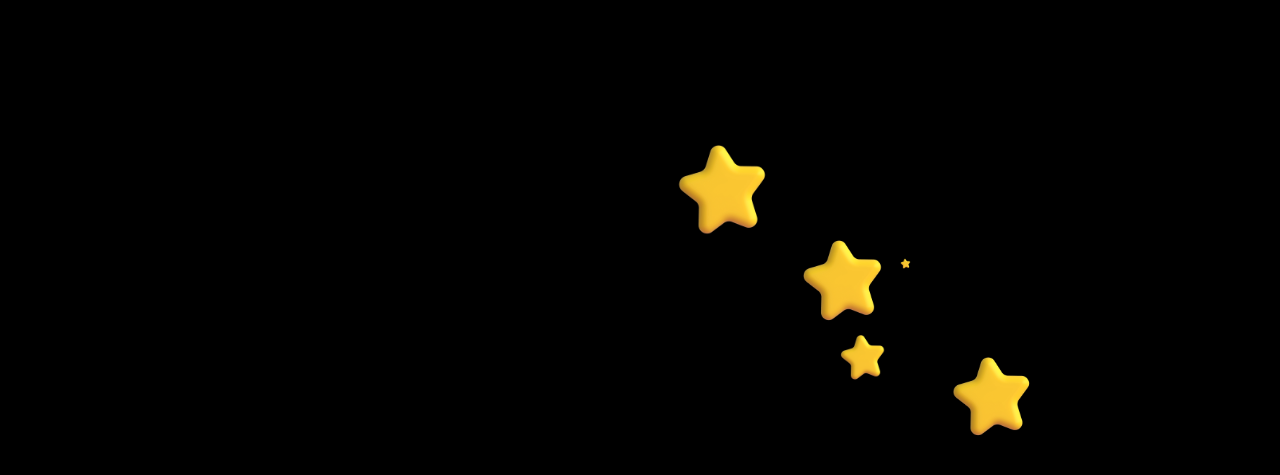
Repository: heartbreathing/Star-game
Page: index.html
These files come from the project's save history. The page is drawn as it stood at one moment and after the next save; the edit follows.
The browser window is 1280 px wide. The pictures show the whole page.

Above is the page before, as saved 2022-10-29 12:34:25.

### index.html
<!DOCTYPE html>
<html lang="en">
  <head>
    <meta charset="UTF-8" />
    <meta http-equiv="X-UA-Compatible" content="IE=edge" />
    <meta name="viewport" content="width=device-width, initial-scale=1.0" />
    <title>Document</title>
    <style>
      body {
        background-color: black;
      }
    </style>
  </head>
  <body>
    <script>
      function star() {
        let timer = setInterval(function () {
          var obj = document.createElement('img');
          var wid = Math.floor(Math.random() * 100 + 10);
          obj.width = wid;
          var x = Math.floor(Math.random() * 1000 + 100);
          var y = Math.floor(Math.random() * 300 + 80);
          obj.style.position = 'absolute';
          obj.style.top = y + 'px';
          obj.style.left = x + 'px';
          obj.src = './image/star.png';
          document.body.appendChild(obj);
          obj.addEventListener('click', function () {
            // this.parentNode.removeChild(this);
            this.remove(this);
          });
        }, 1000);
      }
      star();
    </script>
  </body>
</html>

After the next save:
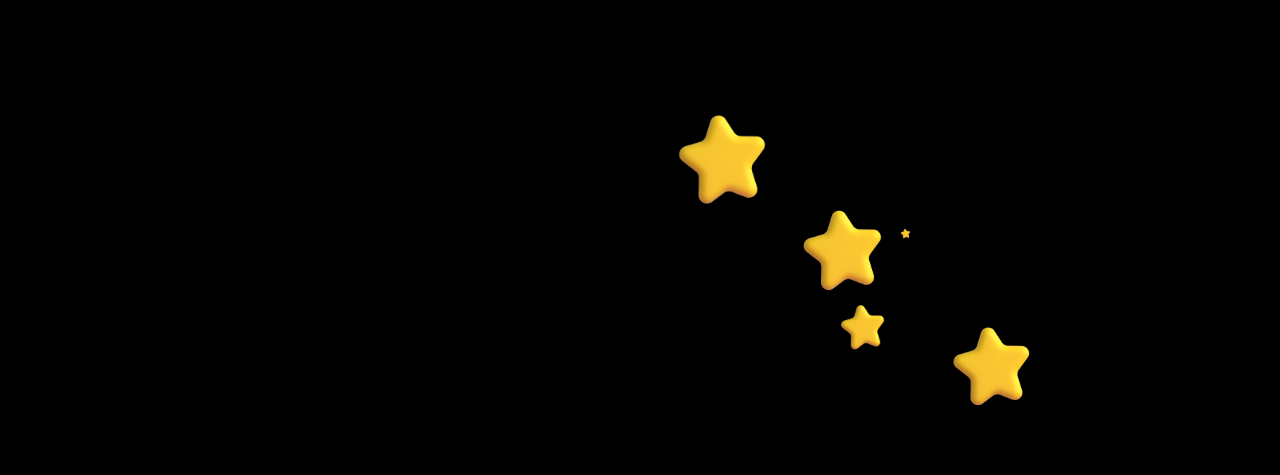
Saved 25 s later.
--- a/index.html
+++ b/index.html
@@ -19,7 +19,7 @@
           var wid = Math.floor(Math.random() * 100 + 10);
           obj.width = wid;
           var x = Math.floor(Math.random() * 1000 + 100);
-          var y = Math.floor(Math.random() * 300 + 80);
+          var y = Math.floor(Math.random() * 300 + 50);
           obj.style.position = 'absolute';
           obj.style.top = y + 'px';
           obj.style.left = x + 'px';
